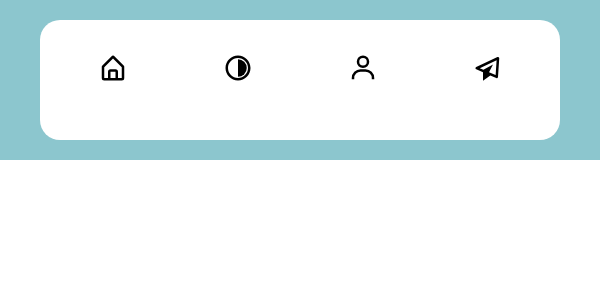
Repository: lethinh2003/pokemon_reactjs
Page: /
These files come from the project's save history. The page is drawn as it stood at one moment and after the next save; the edit follows.
The browser window is 600 px wide. The pictures show the whole page.
The page's requests for data from a server got no answer. The project was rebuilt for these pictures with package versions that can differ from the ones it lists, and the page was loaded fresh each time. A package was used in the major version that the imports need, not the one package.json lists. No one was signed in, and anything a server would have sent is missing. Also part of the build but not shown: src/App.css, src/view/Pokemon.scss, src/styles/pokemonDetail.scss, src/view/PokemonDetail.jsx.

Above is the page before, as saved 2021-11-28 12:27:45.

### public/index.html
<!DOCTYPE html>
<html lang="en">
  <head>
    <meta charset="utf-8" />
    <link rel="icon" href="%PUBLIC_URL%/favicon.ico" />
    <meta name="viewport" content="width=device-width, initial-scale=1" />
    <meta name="theme-color" content="#000000" />
    <meta
      name="description"
      content="Web site created using create-react-app"
    />
    <link rel="apple-touch-icon" href="%PUBLIC_URL%/logo192.png" />


    <!--
      manifest.json provides metadata used when your web app is installed on a
      user's mobile device or desktop. See https://developers.google.com/web/fundamentals/web-app-manifest/
    -->
    <link rel="manifest" href="%PUBLIC_URL%/manifest.json" />
    <!--
      Notice the use of %PUBLIC_URL% in the tags above.
      It will be replaced with the URL of the `public` folder during the build.
      Only files inside the `public` folder can be referenced from the HTML.

      Unlike "/favicon.ico" or "favicon.ico", "%PUBLIC_URL%/favicon.ico" will
      work correctly both with client-side routing and a non-root public URL.
      Learn how to configure a non-root public URL by running `npm run build`.
    -->
    <title>React App</title>
  </head>
  <body>
    <noscript>You need to enable JavaScript to run this app.</noscript>
    <div id="root"></div>
    <!--
      This HTML file is a template.
      If you open it directly in the browser, you will see an empty page.

      You can add webfonts, meta tags, or analytics to this file.
      The build step will place the bundled scripts into the <body> tag.

      To begin the development, run `npm start` or `yarn start`.
      To create a production bundle, use `npm run build` or `yarn build`.
    -->
  </body>
</html>

### src/App.js
import logo from './logo.svg';
import './App.css';
import './styles/body.scss';
import Pokemon from './view/Pokemon';
import PokemonDetail from './view/PokemonDetail';
import Nav from './view/Nav';
import {
  BrowserRouter as Router,
  Switch,
  Route,
  Link
} from "react-router-dom";


function App() {
  return (
    <>

        <div className="container">

        <Router>
            <Nav />

        <Switch>
          <Route path="/" exact>
            <Pokemon />
          </Route>

          <Route path="/detail/:id" exact>
          <PokemonDetail />

          </Route>
          <Route path="/">

          </Route>
        </Switch>
        </Router>

        </div>
    </>
  );
}

export default App;

### src/styles/body.scss
.container {
  background-color: rgba(29, 143, 158, 0.507);
  display: flex;
  justify-content: center;
  align-items: center;
  flex-direction: column;
}

.card-body {
  display: flex;
  gap: 20px;
  justify-content: center;
  flex-wrap: wrap;
  position: relative;
}

@media (max-width: 735px) {
  .card-body {
  }
}
.card-item {
  width: 260px;
  height: 350px;
  background-color: rgb(75, 72, 72);
  border-radius: 20px;
  margin-left: 20px;
  position: relative;
  box-shadow: 2px 2px 8px 2px #5e5353;
  background-image: linear-gradient(45deg, #d90e0e, #2016dfcf);
  cursor: url(https://emoji.gg/assets/emoji/6419_great_pokeball.png), auto;

  &:nth-child(2n + 1) {
    background-image: linear-gradient(90deg, #d90e0e, #2016dfcf);
  }
  &:hover {
    border: 2px solid #f3ff16;
    box-shadow: 2px 2px 5px 5px #4a4343;
    transition: all 0.25s linear;
  }

  &__body {
    align-items: center;
    position: absolute;
    background-color: #fff;
    width: 230px;
    height: 325px;
    left: 50%;
    top: 50%;
    transform: translate(-50%, -50%);
    display: flex;
    flex-direction: column;
  }
  &__img {
    height: 255px;
    border-bottom: 2px solid black;
    width: 100%;
    & img {
      width: 100%;
      height: 100%;
      object-fit: contain;
    }
  }
  &__info {
    height: 50px;
    display: flex;
    flex-direction: column;
    align-items: center;
  }
  &__name {
    color: black;
    font-weight: bold;
    text-transform: capitalize;
  }
  &__type {
    font-size: 15px;
    color: white;
    gap: 10px;
    text-transform: capitalize;
    display: flex;
    justify-content: center;
    align-items: center;
  }
  & .type-btn {
    width: 67px;
    height: 16px;
    display: flex;
    justify-content: center;
    align-items: center;
  }
}

.detail {
  background-color: #c5ee0d;
  cursor: pointer;
  color: rgb(66, 46, 46);
  padding: 2px;
  font-weight: bold;
  border-radius: 5px;
}
.pokemon-search {
  margin: 20px;
  color: black;
}
.pokemon-more {
  position: absolute;
  bottom: 0;

  left: 50%;
  transform: translateX(-50%);
  margin: 20px 0;
  background-image: linear-gradient(
    to right,
    rgb(65, 56, 195),
    rgb(46, 6, 226)
  );
  display: flex;
  justify-content: center;
  align-items: center;
  width: 200px;
  height: 50px;
  border-radius: 10px;
  cursor: pointer;
}

### src/view/Pokemon.jsx
import axios from 'axios';
import useFetch from '../custom/useFetch';
import './Pokemon.scss';
import { useState, useEffect, useImperativeHandle } from 'react';
import PokemonDetail from './PokemonDetail';
import 'aos/dist/aos.css';
import {Link} from "react-router-dom";
import Aos from 'aos';
const  Pokemon = () => {
    let { data, isLoading } =  useFetch(`https://pokeapi.co/api/v2/pokemon?limit=100`);
    let currentData =  data.results;

    useEffect(() => {
        Aos.init({
            offset: 80,
            duration: 400,
            easing: 'ease-in-sine',
            delay: 50,
        });

      }, []);

    return(
        <>

        {isLoading === true &&

            <div class="lds-ellipsis"><div></div><div></div><div></div><div></div></div>


            }
            <div className="card-body">

        {isLoading === false && currentData && currentData.length > 0 && currentData.map((item, index) => {
            return(
                <div className="card-item" data-aos="fade-up">
        <div className="card-item__body">
        <div className="card-item__img"><img alt="pokemon" src={`https://img.pokemondb.net/artwork/large/${item.name}.jpg`}/></div>
        <div className="card-item__info">
        <div className="card-item__name">{item.name}</div>
        <div className="card-item__type">
        <Link to={"/detail/" + parseInt(index+1)}><div className="type-btn detail"><span className="desc-type">Detail</span></div></Link>



            {/* <div className="type-btn gass"><span className="desc-type">Gass</span></div>
            <div className="type-btn gass"><span className="desc-type">Gass</span></div> */}



        </div>
        </div>
        </div>

        </div>

            )


        })}

        </div>

        </>


    )


}
export default Pokemon;

### src/view/Nav.jsx
import '../styles/nav.scss';
import { BiHomeAlt, BiAdjust, BiUser, BiPaperPlane } from "react-icons/bi";
import {
    BrowserRouter as Router,
    Switch,
    Route,
    Link
  } from "react-router-dom";
const Nav = () => {
    return(
        <>
        <div className="navigation">
            <Link to="/">
            <div className="home">
                <BiHomeAlt />
                <span className="desc-icon">Home</span>
            </div>
            </Link>
            <div className="home">
                <BiAdjust />
                <span className="desc-icon">Display</span>
            </div>
            <div className="home">
                <BiUser />
                <span className="desc-icon">About me</span>
            </div>
            <div className="home">
                <BiPaperPlane />
                <span className="desc-icon">Contact</span>
            </div>
        </div>
        </>
    )

}
export default Nav;

### src/custom/useFetch.js
import { useEffect, useState } from "react";
import axios from "axios";
const useFetch = (url) => {
    const [data, setData] = useState([]);
    const [isLoading, setIsLoading] = useState(true);

    useEffect(() => {
        const ourRequest = axios.CancelToken.source() // <-- 1st step

            async function fetchData() {
                try {
                let res = await axios.get(url, {
                    cancelToken: ourRequest.token, // <-- 2nd step
                  })
                let data = (res && res.data) ? res.data : [];
                if (data && data.length > 0) {
                    data.map(item => {

                        return item;
                    })

                }
                setData(data);
                setIsLoading(false);
            }
            catch (err) {
                if (axios.isCancel(err)) {
                    console.log('Request canceled', err.message);
                } else {
                    // handle error
                    setIsLoading(false);
                  }
            }



        }
        fetchData();
        return () => {
            ourRequest.cancel('This is message error!') // <-- 3rd step
          }

    }
    , []);

    return {
        data, isLoading
    }

}

export default useFetch;

### src/styles/nav.scss
.navigation {
  background-color: white;
  height: 100px;
  width: 500px;
  border-radius: 20px;
  margin: 20px;
  padding: 10px;
  display: flex;
  align-items: center;
  justify-content: space-around;
  @media (max-width: 735px) {
    .navigation {
      width: 300px;
      padding: 5px;
    }
  }
  & .home {
    display: flex;
    justify-content: center;
    align-items: center;
    width: 100px;
    flex-direction: column;
    height: 100px;
    font-size: 30px;
    border-radius: 10px;
    cursor: pointer;

    &:hover svg {
      color: rgb(78, 68, 219);
      transform: translateY(-10px);
      transition: all 0.25s;
    }
    & .desc-icon {
      font-size: 20px;
      color: rgb(78, 68, 219);
      opacity: 0;
      visibility: hidden;
      transition: all 0.25s;
    }
    &:hover .desc-icon {
      opacity: 1;
      visibility: visible;
    }
  }
}
a {
  text-decoration: none;
  color: black;
}

Loaded but not shown: src/index.js (common file); src/index.css (common file); src/reportWebVitals.js (common file)

After the next save:
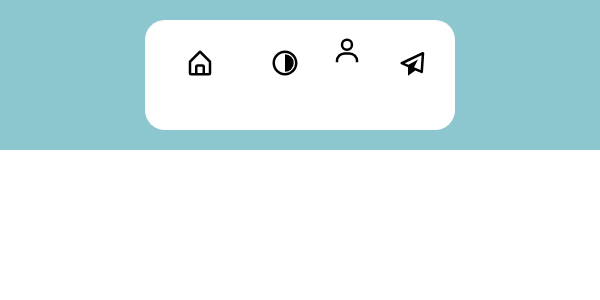
Saved 15 s later.
--- a/src/styles/nav.scss
+++ b/src/styles/nav.scss
@@ -8,12 +8,7 @@
   display: flex;
   align-items: center;
   justify-content: space-around;
-  @media (max-width: 735px) {
-    .navigation {
-      width: 300px;
-      padding: 5px;
-    }
-  }
+
   & .home {
     display: flex;
     justify-content: center;
@@ -47,3 +42,9 @@ a {
   text-decoration: none;
   color: black;
 }
+@media (max-width: 735px) {
+  .navigation {
+    width: 300px;
+    padding: 5px;
+  }
+}
